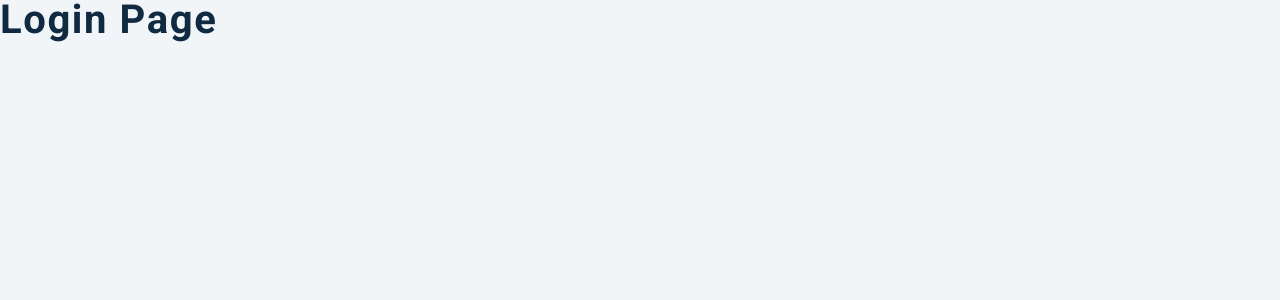
Repository: MateuszWorek/react-search-github-users
Page: /login
The author's editor kept a copy of each file at every save. The page is drawn from the files as they stood at one save, then again after the next save.
The browser window is 1280 px wide. The pictures show the whole page.
The project was rebuilt for these pictures with package versions that can differ from the ones it lists, and the page was loaded fresh each time. Also part of the build but not shown: src/components/Info.js, src/components/Charts/ExampleChart.js, src/components/Charts/Column3D.js, src/components/Charts/Bar3D.js, src/components/Charts/Pie3D.js, src/components/Charts/Doughnut2d.js, src/components/Charts/index.js, src/components/Repos.js and 9 more.

Above is the page before, as saved 2021-01-25 20:41:17.

After the next save:
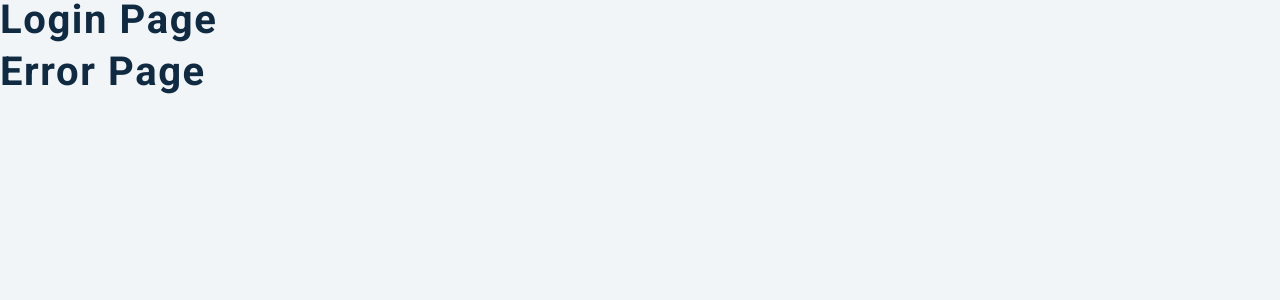
Saved 4 min 2 s later.
--- a/src/App.js
+++ b/src/App.js
@@ -11,6 +11,9 @@
       <Route path="/login">
         <Login></Login>
       </Route>
+      <Route path="*">
+        <Error></Error>
+      </Route>
     </Router>
   );
 }

After the save that followed:
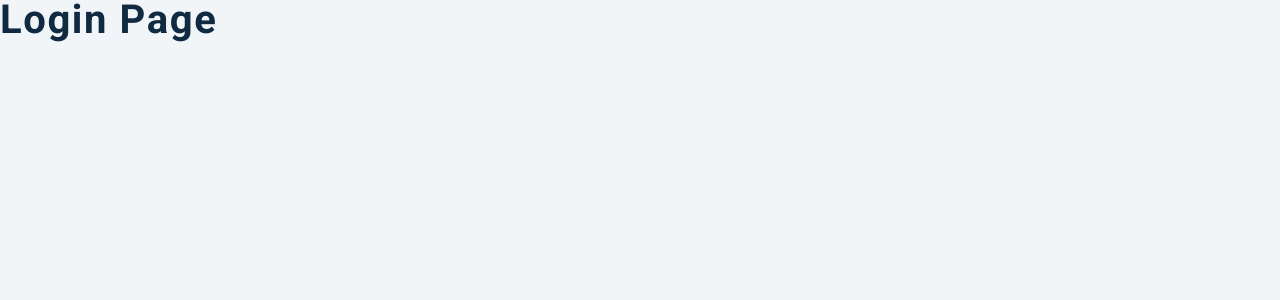
Saved 87 s later.
--- a/src/App.js
+++ b/src/App.js
@@ -5,15 +5,17 @@
 function App() {
   return (
     <Router>
-      <Route path="/" exact={ true }>
-        <Dashboard></Dashboard>
-      </Route>
-      <Route path="/login">
-        <Login></Login>
-      </Route>
-      <Route path="*">
-        <Error></Error>
-      </Route>
+      <Switch>
+        <Route path="/" exact={ true }>
+          <Dashboard></Dashboard>
+        </Route>
+        <Route path="/login">
+          <Login></Login>
+        </Route>
+        <Route path="*">
+          <Error></Error>
+        </Route>
+      </Switch>
     </Router>
   );
 }
